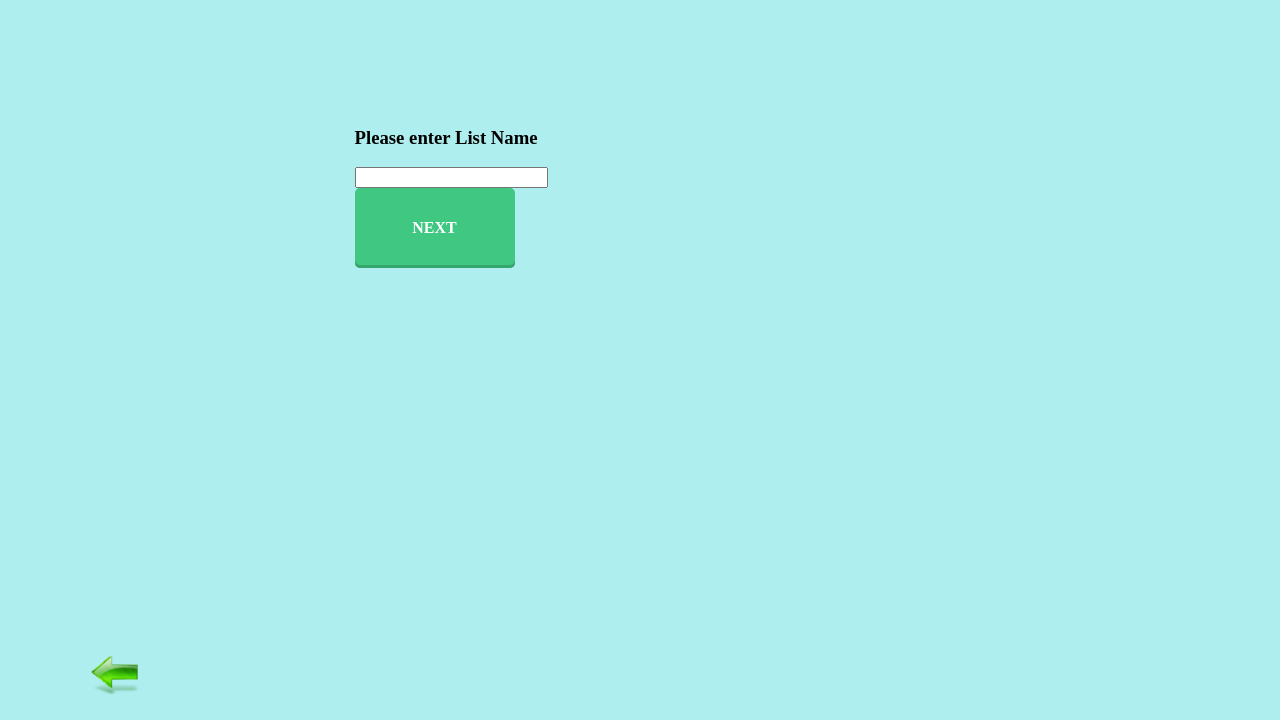
Repository: Artem-Brunov/msu_prac
Page: workspace/BasicUI/NewWithoutTr.html
The author's editor kept a copy of each file at every save. The page is drawn from the files as they stood at one save, then again after the next save.
The browser window is 1280 px wide. The pictures show the whole page.

Above is the page before, as saved 2017-12-26 19:09:46.

### workspace/BasicUI/NewWithoutTr.html
<!DOCTYPE html>
<html>
<head>
  <meta charset="utf-8" />
    <meta name="viewport" content="width=device-width, initial-scale=1.0, maximum-scale=1.0">
    <meta name="description" content="Tizen Mobile Web Basic Template" />

    <title>Tizen Mobile Web Basic Application</title>
    <link rel="stylesheet" type="text/css" href="css/NewPlaylist.css" />
    <link rel="stylesheet" type="text/css" href="css/style.css" />
</head>
<body>
<div class = "listn">
	<form name="test">
  		<h3>Please enter List Name</h3>
  		<p>
   			<input type="text" size="21>
  		</p>
 </div>

 	</form>

	<div class = "Add">
		<a href = "" class = "first_button">NEXT</a>
	</div>
	<div class = "BBack">
			<a href = "NewSettings.html"><img src="images/Back.png" width="50"
  height="50" alt="One step back"></a>
	</div>
</body>
</html>

### workspace/BasicUI/css/NewPlaylist.css
.Return {
	position: absolute;
  	top: 24%;
  	left:50%;

}
.Add {
	position: absolute;
  	top: 40%;
  	left: 27.7%;
}
.listn {
	position: absolute;
  	top: 15%;
  	left: 27.7%;
}
.BBack{
	position: absolute;
  	top: 90%;
  	left: 7%;
}
.Settings{
	position: absolute;
	left: 18%;
	top: 10%;
 	color: Gray;
}
.take_1{
	position: absolute;
	left: 6%;
	top: 3%;
}
.take_2{
	position: absolute;
	right: 6%;
	top: 3%;
}
.FP{
	position: absolute;
	left: 27.7%;
	top: 60%;
}
.FP_2{
	position: absolute;
	right: 27.7%;
	top: 75%;
}

### workspace/BasicUI/css/style.css
html,
body {
    width: 100%;
    height: 100%;
    margin: 0 auto;
    padding: 0;
    background: PaleTurquoise;
 }
 .titl{

 	position: absolute;
 	left: 25.5%;
 	top: 10%;
 	color: Gray;
 }
 a.first_button {

	display: block;
	width: 160px;
	height: 80px;
  	line-height: 5em;
	border-radius: 5px;
 	background: rgb(64,199,129);
	box-shadow: 0 -3px rgb(53,167,110) inset;
	font-weight: 900;
  	color: white;
  	text-align: center;
  	text-decoration: none;
  	transition: 0.2s;
}
a.first_button:hover { background: rgb(53, 167, 110); }
a.first_button:active {
  background: rgb(33,147,90);
  box-shadow: 0 3px rgb(33,147,90) inset;
}
.New {
	position: absolute;
  	top: 47%;
  	left: 27.7%;

}
.Select {
	position: absolute;
  	top: 64%;
  	left: 27.7%;

}
.FastPlay {
	position: absolute;
  	top: 30%;
  	left: 27.7%;

}

After the next save:
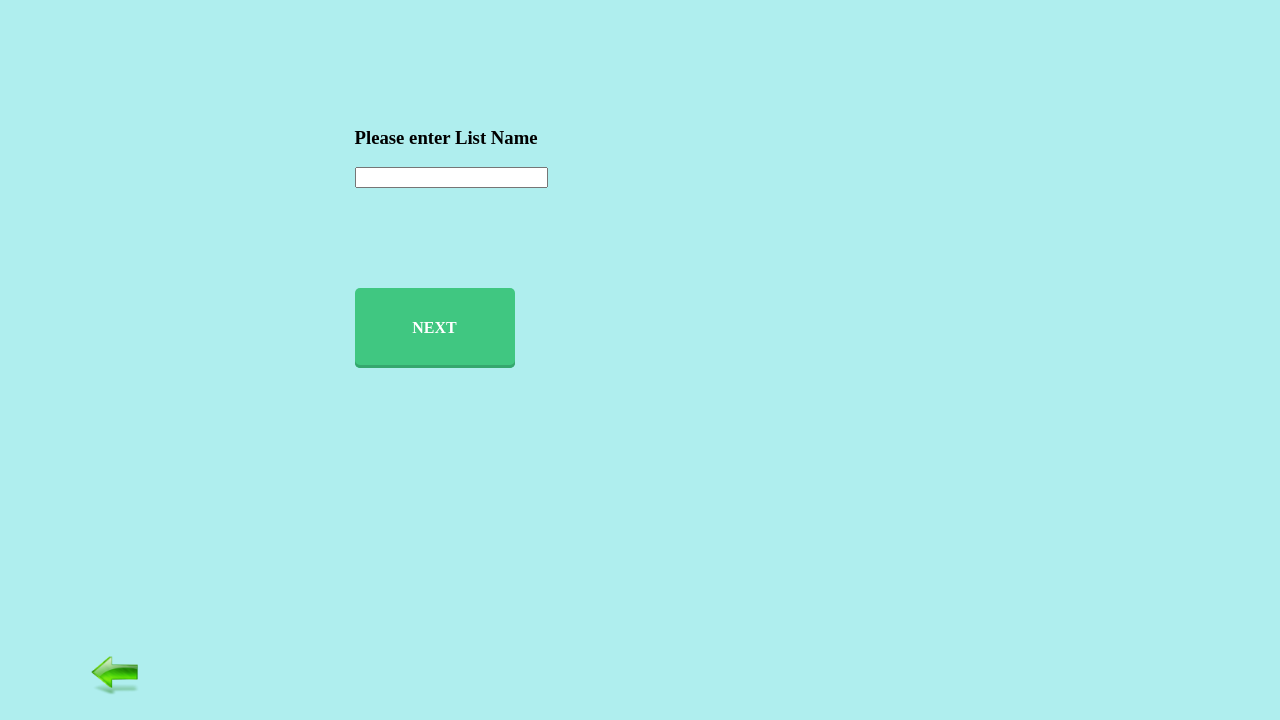
Saved 25 s later.
--- a/workspace/BasicUI/NewWithoutTr.html
+++ b/workspace/BasicUI/NewWithoutTr.html
@@ -14,7 +14,7 @@
 	<form name="test">
   		<h3>Please enter List Name</h3>
   		<p>
-   			<input type="text" size="21>
+   			<input type="text" size="21">
   		</p>
  </div>
 
